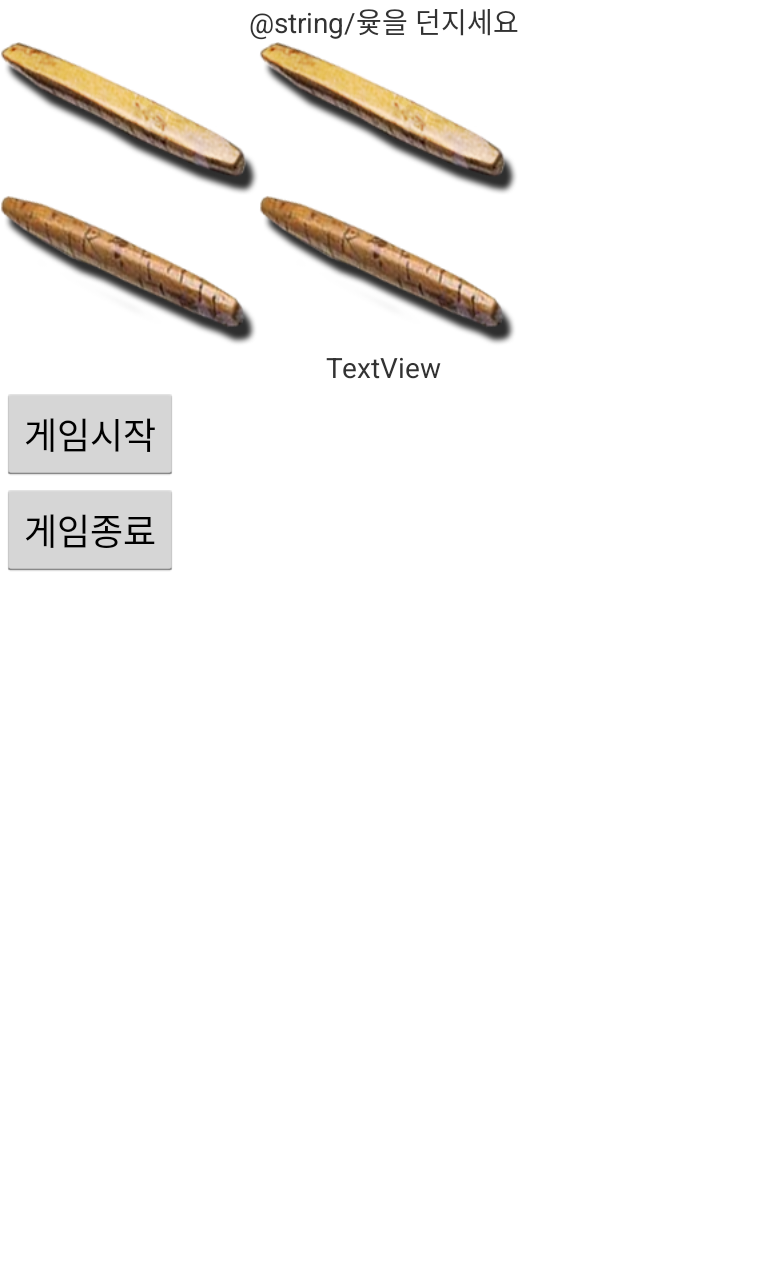
Repository: supremehappy/Android
Layout: Yutgame/res/layout/activity_main.xml
These files come from the project's save history. The layout is drawn as it stood at one moment and after the next save; the edit follows.
It is drawn on a 768 x 1280 px phone screen (xhdpi) without system bars, with theme AppTheme; the app's code is not run.

Above is the layout before, as saved 2017-08-24 07:05:54.

### Yutgame/res/layout/activity_main.xml
<LinearLayout xmlns:android="http://schemas.android.com/apk/res/android"
    xmlns:tools="http://schemas.android.com/tools"
    android:id="@+id/LinearLayout1"
    android:layout_width="match_parent"
    android:layout_height="match_parent"
    android:orientation="vertical"
    tools:context="${relativePackage}.${activityClass}" >

    <TextView
        android:layout_width="fill_parent"
        android:layout_height="wrap_content"
        android:layout_gravity="center"
        android:gravity="center"
        android:text="@string/윷을 던지세요" />

    <LinearLayout
        android:layout_width="match_parent"
        android:layout_height="wrap_content" >

        <ImageView
            android:id="@+id/img_yut1"
            android:layout_width="wrap_content"
            android:layout_height="wrap_content"
            android:src="@drawable/yut_0" />

        <ImageView
            android:id="@+id/img_yut2"
            android:layout_width="wrap_content"
            android:layout_height="wrap_content"
            android:src="@drawable/yut_0" />
    </LinearLayout>

    <LinearLayout
        android:layout_width="match_parent"
        android:layout_height="wrap_content" >

        <ImageView
            android:id="@+id/img_yut3"
            android:layout_width="wrap_content"
            android:layout_height="wrap_content"
            android:src="@drawable/yut_1" />

        <ImageView
            android:id="@+id/img_yut4"
            android:layout_width="wrap_content"
            android:layout_height="wrap_content"
            android:src="@drawable/yut_1" />
    </LinearLayout>

    <LinearLayout
        android:layout_width="match_parent"
        android:layout_height="wrap_content"
        android:orientation="vertical" >

        <TextView
            android:id="@+id/txt_result"
            android:layout_width="wrap_content"
            android:layout_height="wrap_content"
            android:layout_gravity="center"
            android:gravity="center"
            android:text="TextView" />
    </LinearLayout>

    <LinearLayout
        android:id="@+id/LinearLayout2"
        android:layout_width="match_parent"
        android:layout_height="wrap_content"
        android:orientation="vertical" >

    </LinearLayout>

    <Button
        android:id="@+id/btn_start"
        android:layout_width="wrap_content"
        android:layout_height="wrap_content"
        android:text="게임시작" />

    <Button
        android:id="@+id/btn_end"
        android:layout_width="wrap_content"
        android:layout_height="wrap_content"
        android:text="게임종료" />

</LinearLayout>

Loaded but not shown: Yutgame/res/values/styles.xml (common file); Yutgame/res/values-v11/styles.xml (common file); Yutgame/res/values-v14/styles.xml (common file)

After the next save:
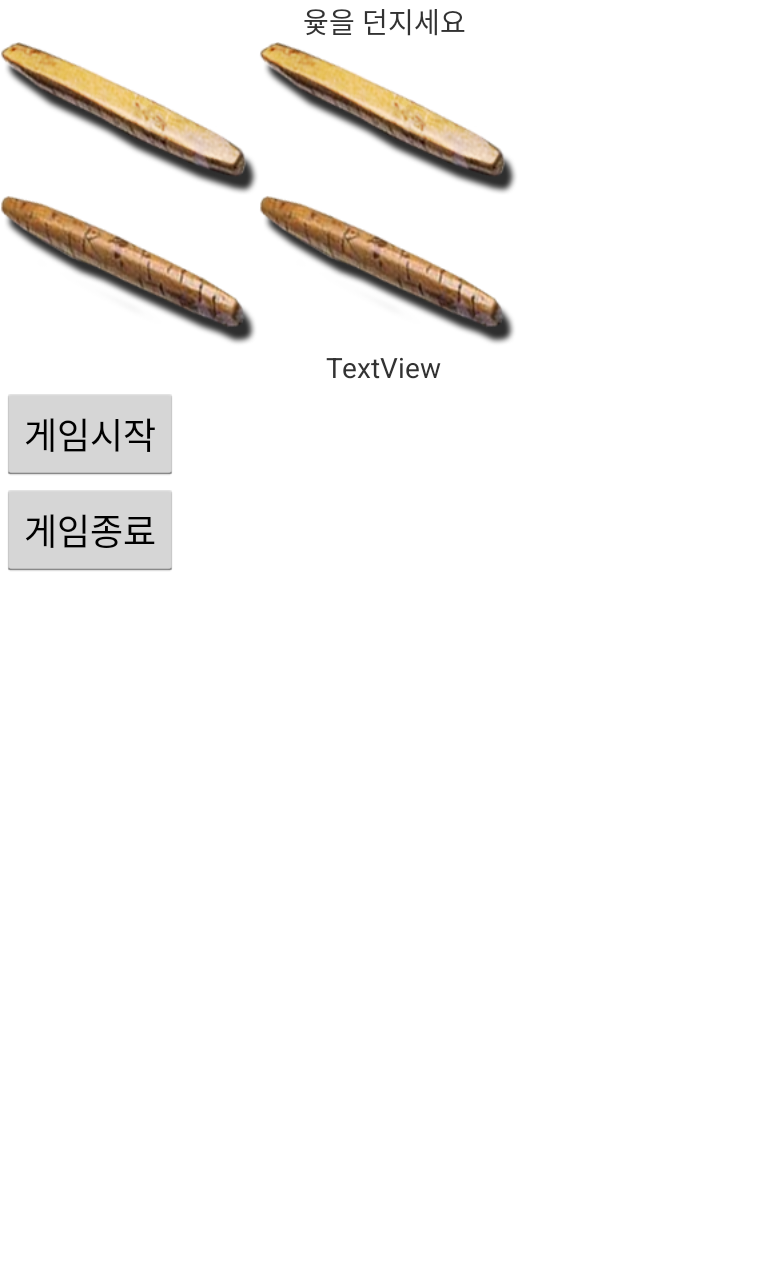
Saved 3 min 2 s later.
--- a/Yutgame/res/layout/activity_main.xml
+++ b/Yutgame/res/layout/activity_main.xml
@@ -11,7 +11,7 @@
         android:layout_height="wrap_content"
         android:layout_gravity="center"
         android:gravity="center"
-        android:text="@string/윷을 던지세요" />
+        android:text="윷을 던지세요" />
 
     <LinearLayout
         android:layout_width="match_parent"
